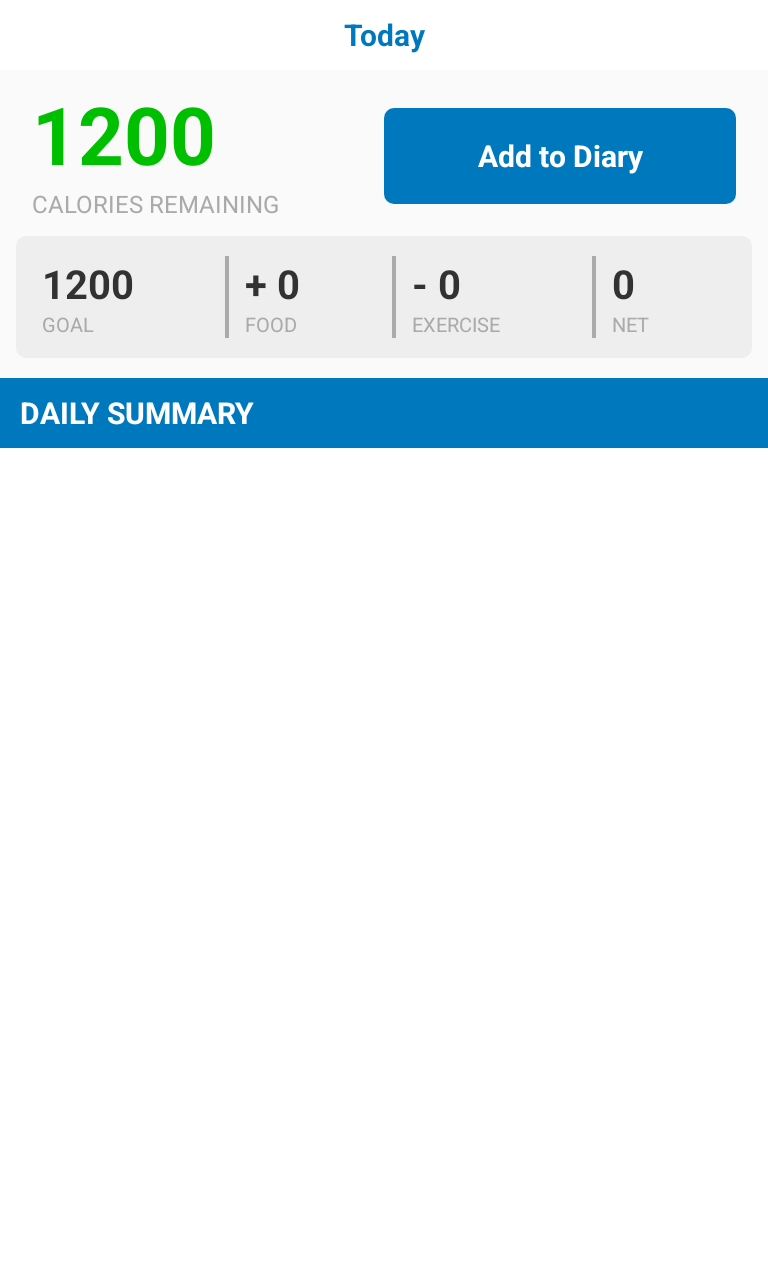
Repository: JieD/nutriy
Layout: NutriY/res/layout/fragment_home_page.xml
These files come from the project's save history. The layout is drawn as it stood at one moment and after the next save; the edit follows.
Pictures or frames that could not be fetched are drawn as grey boxes. It is drawn on a 768 x 1280 px phone screen (xhdpi) without system bars, with theme AppTheme; the app's code is not run.

Above is the layout before, as saved 2014-05-15 00:43:37.

### NutriY/res/layout/fragment_home_page.xml
<?xml version="1.0" encoding="utf-8"?>
<ScrollView xmlns:android="http://schemas.android.com/apk/res/android"
	    xmlns:tools="http://schemas.android.com/tools"
	    android:layout_width="match_parent" android:layout_height="wrap_content"
	    tools:context=".HomePageActivity">

	<RelativeLayout
		    android:layout_width="match_parent"
		    android:layout_height="wrap_content"
		    android:background="@color/low_light_gray">

		    <TextView
		        android:id="@+id/date"
		        android:layout_width="match_parent" android:layout_height="@dimen/medium_large_entry_height"
		        android:gravity="center"            android:background="@color/white"
		        android:text="@string/date"         android:textStyle="bold"
		        android:textSize="@dimen/medium_text_size"  android:textColor="@color/my_blue" />
			<TextView
		        android:id="@+id/calories_remaining_number"      android:layout_below="@+id/date"
		        android:layout_width="wrap_content"              android:layout_height="wrap_content"
		        android:layout_marginTop="5dp"
		        android:layout_marginLeft="@dimen/activity_horizontal_margin"
		        android:text="@string/calories_remaining_number" android:textStyle="bold"
		        android:textSize="@dimen/extra_large_text_size"  android:textColor="@color/my_green" />
		    <TextView
			    android:id="@+id/calories_remaining"
			    android:layout_width="wrap_content"       android:layout_height="wrap_content"
			    android:layout_below="@id/calories_remaining_number"
			    android:layout_marginLeft="@dimen/activity_horizontal_margin"
			    android:text="@string/calories_remaining" android:textSize="@dimen/small_text_size"
			    android:textColor="@color/text_gray" />
			<View
		        android:id="@+id/center_fake_view" android:layout_centerHorizontal="true"
		        android:layout_width="0dp"  android:layout_height="0dp"/>
		    <View
		        android:id="@+id/button_bottom_gap"
		        android:layout_width="0dp"  android:layout_height="@dimen/small_vertical_margin"
		        android:layout_toRightOf="@id/center_fake_view"
		        android:layout_alignBottom="@id/calories_remaining"/>
		    <Button
			    android:id="@+id/add_to_diary"
			    android:layout_width="wrap_content"      android:layout_height="wrap_content"
			    android:layout_marginRight="@dimen/activity_horizontal_margin"
			    android:layout_toRightOf="@id/center_fake_view"
			    android:layout_above="@id/button_bottom_gap"
			    android:layout_alignParentRight="true"
			    android:text="@string/add_to_diary"        android:textStyle="bold"
			    android:textSize="@dimen/medium_text_size" android:textColor="@color/white"
			    android:background="@drawable/add_to_diary_button" />
		    <View
		        android:id="@+id/gap_view" android:layout_width="match_parent"
		        android:layout_height="@dimen/small_vertical_margin"
		        android:layout_below="@id/calories_remaining"/>

		    <TableLayout
		        android:id="@+id/calorie_break_down" android:layout_below="@id/gap_view"
		        android:layout_width="match_parent" android:layout_height="wrap_content"
		        android:layout_marginLeft="@dimen/small_horizontal_margin"
		        android:layout_marginRight="@dimen/small_horizontal_margin"
		        android:paddingTop="@dimen/large_padding" android:paddingBottom="@dimen/large_padding"
		        android:paddingLeft="@dimen/small_padding" android:paddingRight="@dimen/small_padding"
		        android:background="@drawable/calorie_break_down_rec" >

	            <TableRow
	                android:divider="@drawable/table_divider" android:showDividers="middle">

	                <TextView
	                    android:layout_weight="1" android:paddingLeft="@dimen/medium_padding"
	                    android:text="@string/goal_calorie_number"
	                    android:textSize="@dimen/large_text_size" android:textStyle="bold" />
	                <TextView
	                    android:layout_weight="1" android:paddingLeft="@dimen/medium_padding"
	                    android:text="@string/food_calorie_number"
	                    android:textSize="@dimen/large_text_size" android:textStyle="bold" />
	                <TextView
	                    android:layout_weight="1" android:paddingLeft="@dimen/medium_padding"
	                    android:text="@string/exercise_calorie_number"
	                    android:textSize="@dimen/large_text_size" android:textStyle="bold" />
	                <TextView
	                    android:layout_weight="1" android:paddingLeft="@dimen/medium_padding"
	                    android:text="@string/net_calorie_number"
	                    android:textSize="@dimen/large_text_size" android:textStyle="bold" />
	            </TableRow>

	            <TableRow
	                android:divider="@drawable/table_divider" android:showDividers="middle" >

	                <TextView
	                    android:layout_weight="1" android:paddingLeft="@dimen/medium_padding"
	                    android:text="@string/uc_goal"
	                    android:textSize="@dimen/extra_small_text_size" android:textColor="@color/text_gray" />
	                <TextView
	                    android:layout_weight="1" android:paddingLeft="@dimen/medium_padding"
	                    android:text="@string/uc_food"
	                    android:textSize="@dimen/extra_small_text_size" android:textColor="@color/text_gray" />
	                <TextView
	                    android:layout_weight="1" android:paddingLeft="@dimen/medium_padding"
	                    android:text="@string/uc_exercise"
	                    android:textSize="@dimen/extra_small_text_size" android:textColor="@color/text_gray" />
	                <TextView
	                    android:layout_weight="1" android:paddingLeft="@dimen/medium_padding"
	                    android:text="@string/uc_net"
	                    android:textSize="@dimen/extra_small_text_size" android:textColor="@color/text_gray" />
	            </TableRow>
	        </TableLayout>

		    <TextView
	            android:id="@+id/summary" android:text="@string/daily_summary"
	            android:textStyle="bold" android:textSize="@dimen/medium_text_size"
	            android:textColor="@color/white" android:gravity="center_vertical"
	            android:layout_width="match_parent" android:layout_height="@dimen/medium_large_entry_height"
	            android:layout_below="@id/calorie_break_down"
	            android:layout_marginTop="10dp" android:background="@color/my_blue"
	            android:paddingLeft="@dimen/large_padding" />

		</RelativeLayout>
	</ScrollView>

### NutriY/res/values/colors.xml
<?xml version="1.0" encoding="utf-8"?>
<resources>
    <color name="white">#FFFFFFFF</color>
    <color name="my_green">#FF00BE00</color>
    <color name="my_red">#FFFF0000</color>
    <color name="my_blue">#FF0078BE</color>

    <color name="light_blue">#FFE1EEFF</color>
    <color name="low_light_gray">#FFFAFAFA</color>
    <color name="mid_light_gray">#FFEEEEEE</color>
    <color name="text_gray">#FFAAAAAA</color>

    <color name="empty_pie_blue">#FF8FCEFF</color>
    <color name="pie_blue">#FF0078BE</color>
    <color name="pie_red">#FFFF4444</color>
    <color name="pie_green">#FF99CC00</color>

    <color name="list_background">#FFEEEEEE</color>
    <color name="list_background_pressed">#FF0078BE</color>
</resources>

### NutriY/res/values/dimens.xml
<resources>

    <!-- Default screen margins, per the Android Design guidelines. -->
    <dimen name="activity_horizontal_margin">16dp</dimen>
    <dimen name="activity_vertical_margin">16dp</dimen>
    <dimen name="small_horizontal_margin">8dp</dimen>
    <dimen name="small_vertical_margin">8dp</dimen>

    <dimen name="small_padding">5dp</dimen>
    <dimen name="medium_padding">8dp</dimen>
    <dimen name="large_padding">10dp</dimen>
    <dimen name="extra_large_padding">12dp</dimen>
    <dimen name="navigation_item_padding">20dp</dimen>

    <dimen name="extra_small_text_size">10sp</dimen>
    <dimen name="small_text_size">12sp</dimen>
    <dimen name="medium_text_size">15sp</dimen>
    <dimen name="medium_large_text_size">18sp</dimen>
    <dimen name="large_text_size">20sp</dimen>
    <dimen name="extra_large_text_size">40sp</dimen>

    <dimen name="large_entry_height">50dp</dimen>
    <dimen name="medium_large_entry_height">35dp</dimen>
    <dimen name="medium_entry_height">30dp</dimen>
    <dimen name="small_entry_height">25dp</dimen>
    <dimen name="table_entry_height">20dp</dimen>

</resources>

### NutriY/res/values/strings.xml
<?xml version="1.0" encoding="utf-8"?>
<resources>

    <string name="app_name">NutriY</string>
    <string name="action_settings">Settings</string>

    <string name="date">Today</string>
    <string name="calories_remaining_number">1200</string>
    <string name="calories_remaining">CALORIES REMAINING</string>
    <string name="add_to_diary">Add to Diary</string>
    <string name="goal_calorie_number">1200</string>
    <string name="food_calorie_number">+ 0</string>
    <string name="exercise_calorie_number">- 0</string>
    <string name="net_calorie_number">0</string>
    <string name="uc_goal">GOAL</string>
    <string name="uc_food">FOOD</string>
    <string name="uc_exercise">EXERCISE</string>
    <string name="uc_net">NET</string>
    <string name="goal">Goal</string>
    <string name="total">Total</string>
    <string name="left">Left</string>
    <string name="daily_summary">DAILY SUMMARY</string>
    <string name="total_fat">Total Fat (g)</string>
    <string name="saturated_fat">Saturated (g)</string>
    <string name="trans_fat">Trans (g)</string>
    <string name="cholesterol">Cholesterol (mg)</string>
    <string name="sodium">Sodium (mg)</string>
    <string name="potassium">Potassium (mg)</string>
    <string name="total_carbs">Total Carbs (g)</string>
    <string name="fiber">Dietary Fiber (g)</string>
    <string name="sugar">Sugars (g)</string>
    <string name="protein">Protein (g)</string>
    <string name="vit_A">Vitamin A</string>
    <string name="vit_C">Vitamin C</string>
    <string name="calcium">Calcium</string>
    <string name="iron">Iron</string>
    <string name="default_number">0</string>
    <string name="meals">MEALS</string>
    <string name="water_upcase">WATER</string>
    <string name="notes">NOTES</string>
    <string name="breakfast">Breakfast</string>
    <string name="lunch">Lunch</string>
    <string name="dinner">Dinner</string>
    <string name="snacks">Snacks</string>
    <string name="cardiovascular">Cardiovascular</string>
    <string name="strength">Strength</string>
    <string name="water">Water</string>
    <string name="food_notes">Food Notes</string>
    <string name="exercise_notes">Exercise Notes</string>

    <!-- Nav Drawer Menu Items -->
    <string-array name="navigations_array">
        <item>Home</item>
        <item>Diary</item>
        <item>Nutrition</item>
        <item>Progress</item>
        <item>Goals</item>
        <item>Settings</item>
    </string-array>

    <!-- Nav Drawer List Item Icons -->
    <!-- Keep them in order as the titles are -->
    <array name="nav_drawer_icons">
        <item>@drawable/ic_menu_home</item>
        <item>@drawable/ic_action_collection</item>
        <item>@drawable/ic_action_data_usage</item>
        <item>@drawable/ic_action_picture</item>
        <item>@drawable/ic_action_good</item>
        <item>@drawable/ic_action_settings</item>
    </array>

    <!-- Content Description -->
    <string name="desc_list_item_icon">Item Icon</string>

    <string name="drawer_open">Slider Menu Opened</string>
    <string name="drawer_close">Slider Menu Closed</string>
    <string name="title_activity_nutrition_page">NutritionPageActivity</string>

    <string name="calorie_breakdown">CALORIE BREAKDOWN</string>
    <string name="Carbohydrates">Carbohydrates</string>
    <string name="Fat">Fat</string>
    <string name="Protein">Protein</string>
    <string name="carbs_goal">50 %</string>
    <string name="fat_goal">30 %</string>
    <string name="protein_goal">20 %</string>


</resources>

### NutriY/res/drawable-mdpi/add_to_diary_button.xml
<?xml version="1.0" encoding="utf-8"?>
<shape xmlns:android="http://schemas.android.com/apk/res/android"
    android:shape="rectangle" >

    <corners android:radius="5dp" />
    <solid   android:color="@color/my_blue" />

</shape>

### NutriY/res/drawable-mdpi/calorie_break_down_rec.xml
<?xml version="1.0" encoding="utf-8"?>
<shape xmlns:android="http://schemas.android.com/apk/res/android"
    android:shape="rectangle" >

    <corners android:radius="5dp"/>
    <solid android:color="@color/mid_light_gray" />


</shape>

### NutriY/res/drawable-mdpi/table_divider.xml
<?xml version="1.0" encoding="utf-8"?>
<shape xmlns:android="http://schemas.android.com/apk/res/android"
    android:shape="rectangle">

    <size android:width="2dp" android:height="20dp" />
    <solid android:color="@color/text_gray" />

</shape>

Loaded but not shown: NutriY/res/values/styles.xml (common file); NutriY/res/values-v11/styles.xml (common file); NutriY/res/values-v14/styles.xml (common file); NutriY/res/values-w820dp/dimens.xml (common file)

After the next save:
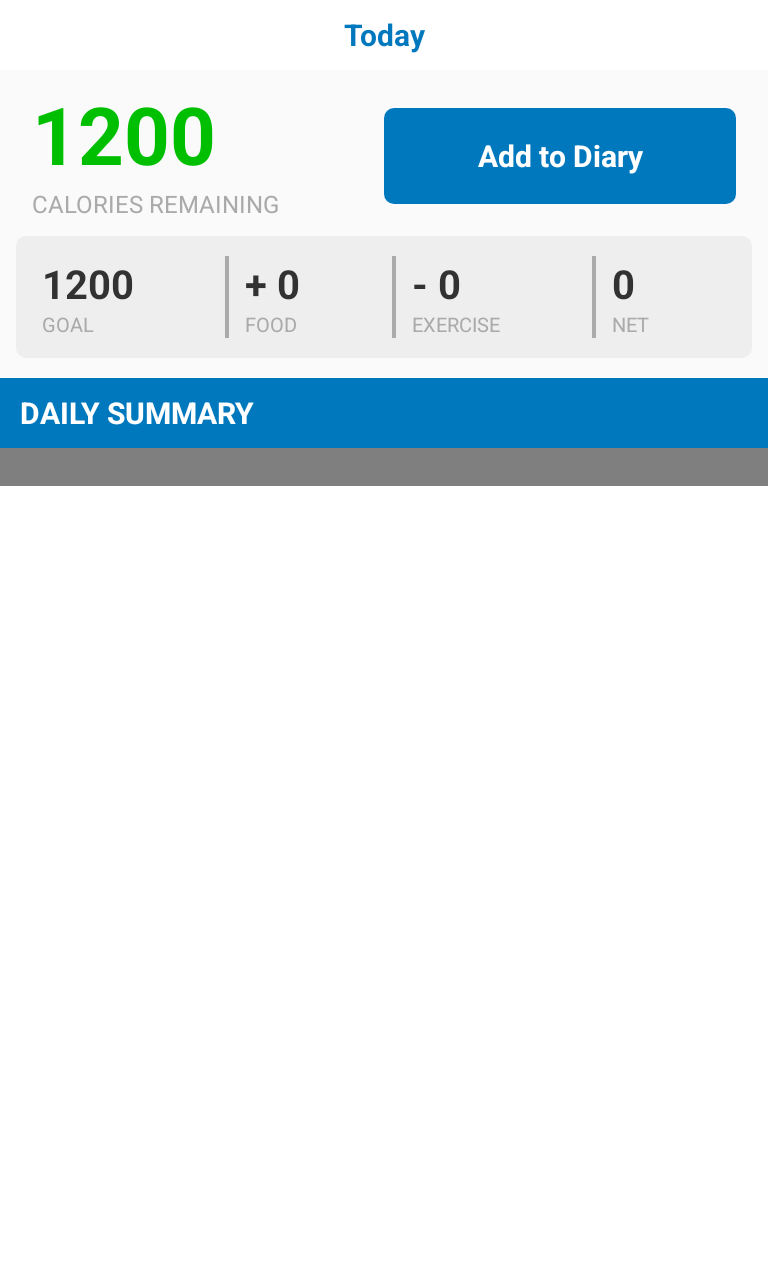
Saved 2 min 17 s later.
--- a/NutriY/res/layout/fragment_home_page.xml
+++ b/NutriY/res/layout/fragment_home_page.xml
@@ -4,7 +4,7 @@
 	    android:layout_width="match_parent" android:layout_height="wrap_content"
 	    tools:context=".HomePageActivity">
 
-	<RelativeLayout
+		<RelativeLayout
 		    android:layout_width="match_parent"
 		    android:layout_height="wrap_content"
 		    android:background="@color/low_light_gray">
@@ -113,5 +113,13 @@
 	            android:layout_marginTop="10dp" android:background="@color/my_blue"
 	            android:paddingLeft="@dimen/large_padding" />
 
+		    <fragment
+		        android:name="sfsu.csc780.jied.nutriy.NutritionTableFragment"
+		        android:id="@+id/nutritionTableFragment"
+		        android:layout_width="match_parent"
+		        android:layout_height="wrap_content"
+		        android:layout_below="@id/summary">
+		    </fragment>
+
 		</RelativeLayout>
 	</ScrollView>

After the save that followed:
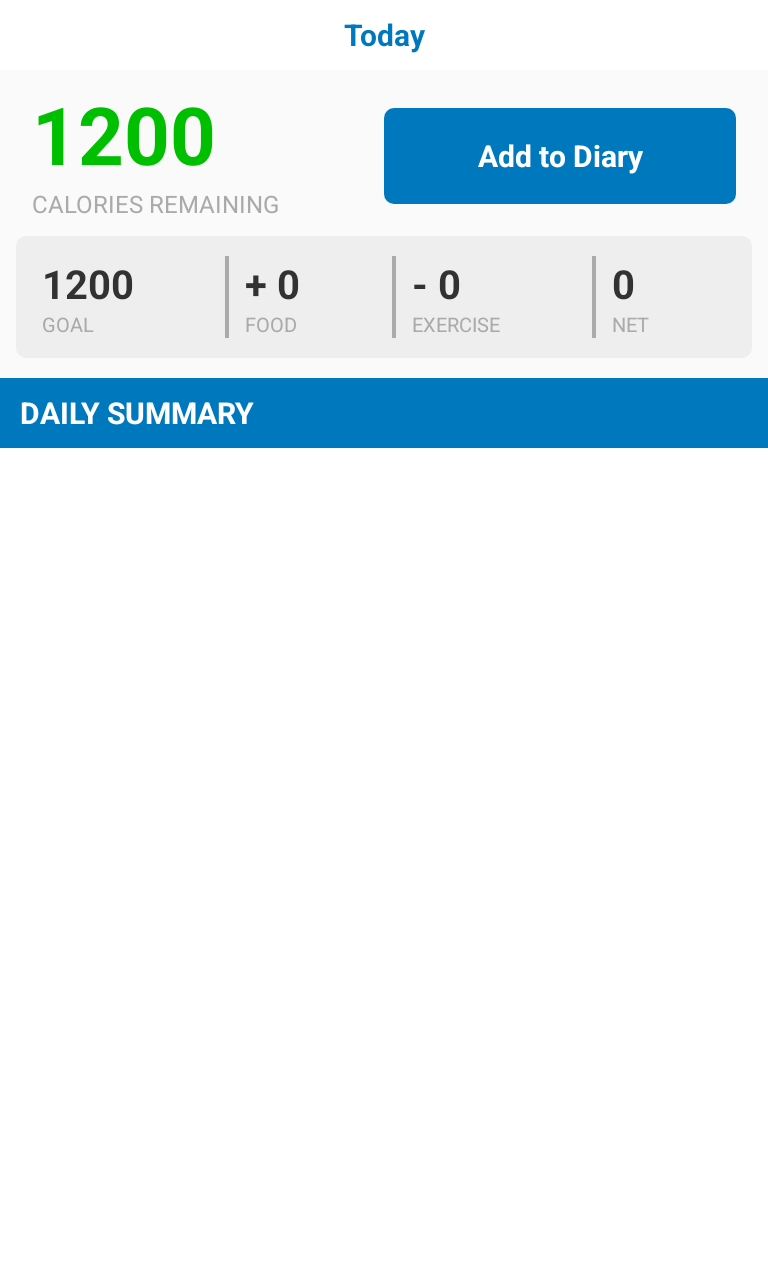
Saved 67 s later.
--- a/NutriY/res/layout/fragment_home_page.xml
+++ b/NutriY/res/layout/fragment_home_page.xml
@@ -113,13 +113,11 @@
 	            android:layout_marginTop="10dp" android:background="@color/my_blue"
 	            android:paddingLeft="@dimen/large_padding" />
 
-		    <fragment
-		        android:name="sfsu.csc780.jied.nutriy.NutritionTableFragment"
+		    <TableLayout
 		        android:id="@+id/nutritionTableFragment"
 		        android:layout_width="match_parent"
 		        android:layout_height="wrap_content"
-		        android:layout_below="@id/summary">
-		    </fragment>
+		        android:layout_below="@id/summary" />
 
 		</RelativeLayout>
 	</ScrollView>
